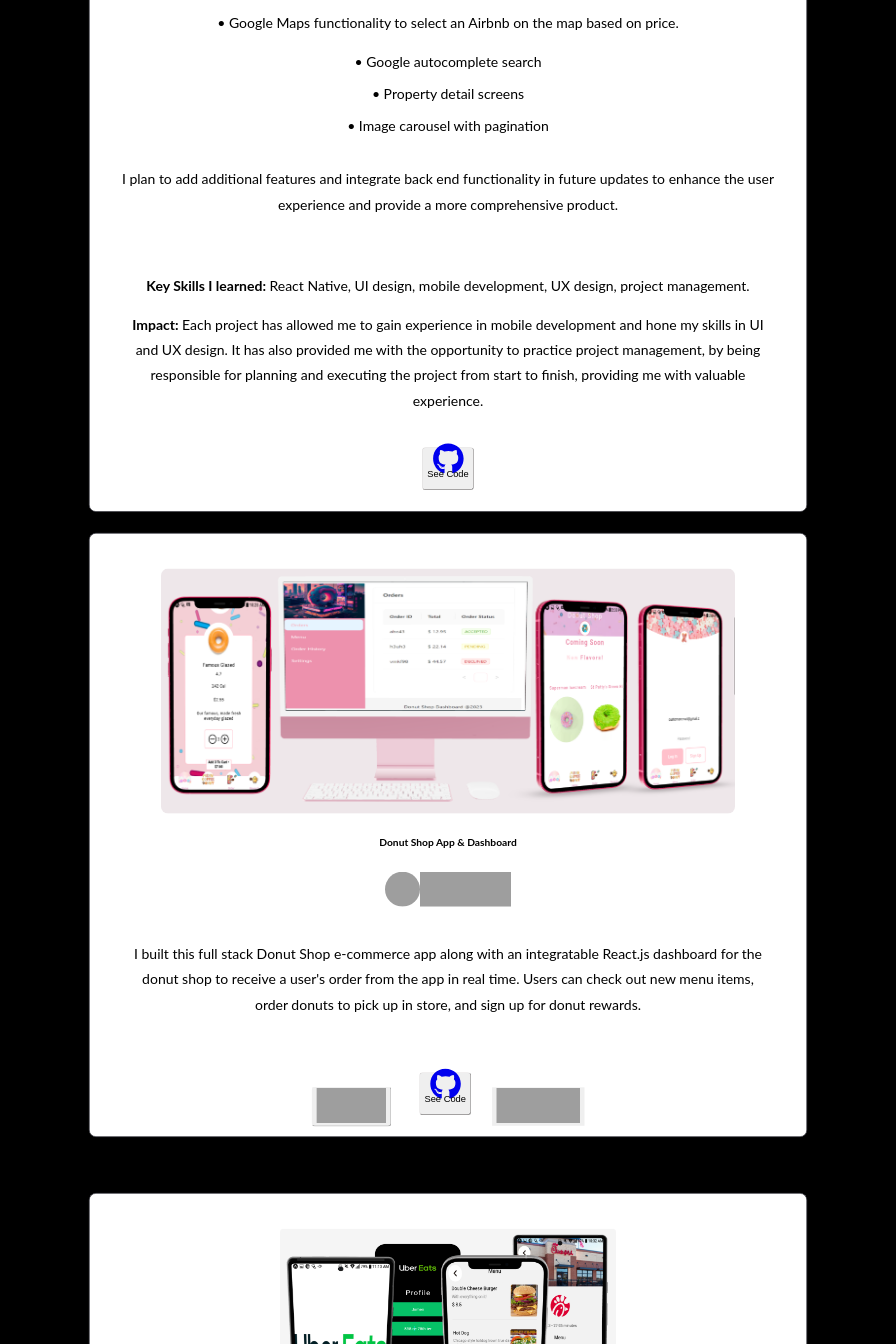
Repository: JamesPesenti/portfolio
Page: /
The author's editor kept a copy of each file at every save. The page is drawn from the files as they stood at one save, then again after the next save.
The browser window is 1280 px wide. The pictures show the part of the page from y = 2135 to 4055 px (the page is 6929 px tall), at 70% of full size.
Pictures or frames that could not be fetched are drawn as grey boxes. The project was rebuilt for these pictures with package versions that can differ from the ones it lists, and the page was loaded fresh each time. Imported but missing from the stored project, and not drawn on this page: src/Components/James Pesenti Resume 2023.pdf.

Above is the page before, as saved 2023-05-06 09:42:22.

### public/index.html
<!DOCTYPE html>
<html lang="en">
  <head>
    <meta charset="utf-8" />
    <link rel="" href="" />
    <meta name="viewport" content="width=device-width, initial-scale=1" />
    <meta name="theme-color" content="#000000" />
    <meta name="description" content="James Pesenti Portfolio 2022" />
    <link rel="apple-touch-icon" href="" />
    <link rel="manifest" href="%PUBLIC_URL%/manifest.json" />

    <title>Portfolio 2023</title>

  </head>
  <body>
    <div id="root"></div>
  </body>
</html>

### src/Components/Navbar.jsx
import React, {Component} from 'react'
import { FaGithub } from "react-icons/fa";
import { FaEnvelope } from "react-icons/fa";
import { FaFile } from "react-icons/fa";
import Pdf from "../Components/James Pesenti Resume 2023.pdf"


const Navbar = () => {
  return (
    <>
          <div className="navbar flex">
            <div className="container">
                <nav>
                  <ul style={{textAlign: "center", marginTop: 70, position: 'relative', left: 0, top: -2}}>
                    <li>
                      <a className="App-link"  href="mailto:jamespesenti91@gmail.com" target="_blank" rel="noopener noreferrer">
                      <FaEnvelope size={35} style={{display: "flex", textAlign: "center", marginLeft: 10}}/>
                          Contact
                      </a>
                    </li>
                    <li>
                      <a className="App-link" href="https://github.com/JamesPesenti" target="_blank" rel="noopener noreferrer">
                        <FaGithub size={35} style={{display: "flex", textAlign: "center", marginLeft: 10}} />
                        GitHub
                      </a>
                    </li>
                    <li>
                      <a className="App-link" href={Pdf} target="_blank" rel="noopener noreferrer">
                        <FaFile size={35} style={{display: "flex", textAlign: "center", marginLeft: 10}} />
                        Resume
                      </a>
                    </li>
                  </ul>
                </nav>
                {/* <h4 style={{color: "white", textAlign: 'center', marginBottom:-440}}>
                  See my work below and send a message to get in touch
                </h4> */}
            </div>
          </div>
    </>
  )
}

export default Navbar

### src/Components/AboutMe.jsx
import React from 'react'
import { FontAwesomeIcon } from '@fortawesome/react-fontawesome'
import { FaGithub } from "react-icons/fa";
import { FaMapPin } from "react-icons/fa";

const AboutMe = () => {
  return (
    <>

        <div style={{justifyContent: "center", textAlign: "center", color: "white", padding: 50,}}>
            {/* Spinning image  */}
            {/* <img style={{padding: 10, borderRadius: "50%", width: 200, height: 200,}} src="/images/IMG_1619.jpg" className="App-logo" alt="logo" /> */}
            <img style={{padding: 10, borderRadius: "50%", width: 200, height: 200,}} src="/images/IMG_1619.jpg" alt="logo" />
            <h1>I'm James Pesenti</h1>
            <h2>a Software Developer building mobile apps and websites</h2>
              <FaMapPin size={20} style={{position: "relative", top: 5, right: 65, }} />
              <h3 style={{marginTop: -24}}> Chicago, IL</h3>
        </div>

</>
  )
}

export default AboutMe

### src/Components/Scroll.jsx
import React from 'react'
import '../CSS/App.css';


const Scroll = () => {

  return (
    <>

        <div style={{marginBottom: 400, justifyContnent: 'center'}} id="section09" class="demo">
          <a href="#parallaxContainer">
            <span></span>
            Scroll down to see my work
          </a>
        </div>

    </>
  )
}

export default Scroll

### src/Components/MyProjects.jsx
import UberGoogleButton from "../Components/UberGoogleButton"
import AstonGoogleButton from "./AstonGoogleButton"
import AstonAppleButton from "./AstonAppleButton"
import BarceGoogleButton from "../Components/BarceGoogleButton"
import BarceAppleButton from "./BarceAppleButton"
import { FaGithub } from "react-icons/fa";

const MyProjects = () => {
  return (

  <>
    <div id="parallaxContainer">

    {/* Airbnb Clone */}
    <div style={{ justifyContent: 'center', alignItems: 'center',  width: "80%", borderRadius: 10}} className="box">
            <div>
                <img style={{ borderRadius: 10, marginTop: 50, marginBottom: -35, width: "48%", height: 350, transition: ".7s", }} src="images/mockrocket-capture (11).png" />
            </div>
            <h4 style={{textAlign: 'center'}}>Airbnb Clone App</h4>
                <div style={{flexDirection: "row", padding: 10, borderRadius: 10, marginBottom: -40,}}>
                  <img style={{width: 50, height: 50, borderRadius: 50}} src="https://i.pinimg.com/originals/8a/02/1a/8a021aa097236b42dd71fb731e3d894d.gif"/>
                  <img style={{width: 80, height: 50, }} src="https://www.datocms-assets.com/45470/1631026680-logo-react-native.png"  />
                  {/* <img style={{width: 50, height: 50, }} src="https://pbs.twimg.com/profile_images/1114309924551417856/FKA4cm2x_400x400.png"  /> */}
                </div>
            <p style={{fontSize: 20, textAlign: 'center', padding: 40, marginBottom: -50}}>I created a mobile app clone of the popular Airbnb platform using React Native. Currently, the project includes a functional UI that mimics the 2022 Airbnb interface, with features such as</p>
            <p style={{fontSize: 20, padding: 0}}> &#8226; Google Maps functionality to select an Airbnb on the map based on price.</p>
            <p style={{fontSize: 20, padding: 0, marginBottom: -10}}>&#8226; Google autocomplete search</p>
            <p style={{fontSize: 20, padding: 0, marginBottom: -10}}>&#8226; Property detail screens</p>
            <p style={{fontSize: 20,  padding: 0, marginBottom: -10}}>&#8226; Image carousel with pagination</p>
            <p style={{fontSize: 20, textAlign: 'center', padding: 30}}>I plan to add additional features and integrate back end functionality in future updates to enhance the user experience and provide a more comprehensive product.</p>
            <p style={{fontSize: 20, textAlign: 'center', padding: 30, marginBottom: -80}}><b> Key Skills I learned: </b>React Native, UI design, mobile development, UX design, project management.</p>
            <p style={{fontSize: 20, textAlign: 'center', padding: 50}}><b> Impact: </b> Each project has allowed me to gain experience in mobile development and hone my skills in UI and UX design. It has also provided me with the opportunity to practice project management, by being responsible for planning and executing the project from start to finish, providing me with valuable experience.</p>

            <div style={{flexDirection: "row"}}>
                {/* <UberGoogleButton  /> */}
                <button style={{marginTop: 10}} type="button" className="codeButton">
                  <a href="https://github.com/JamesPesenti/Airbnb" target="_blank" rel="noopener noreferrer">
                    <FaGithub  size={45} style={{ marginTop: -80, marginBottom: -25, justifyContent: "center", textAlign: "center"}} />
                  </a>
                  <p>See Code</p>
                </button>
                {/* <AstonAppleButton  /> */}
            </div>

        </div>


     {/* Donut Shop App */}
     <div style={{marginTop: 30, marginBottom: 20, justifyContent: 'center', alignItems: 'center',  width: "80%", borderRadius: 10}} className="box">
            <div>
                <img style={{ borderRadius: 10, marginTop: 50, width: "80%", height: 350, transition: ".7s", }} src="/images/appAndDashMock.png" />
            </div>
            <h4 style={{textAlign: 'center'}}>Donut Shop App & Dashboard</h4>
                <div style={{flexDirection: "row", padding: 10, borderRadius: 10, marginBottom: -40,}}>
                  <img style={{width: 50, height: 50, borderRadius: 50}} src="https://i.pinimg.com/originals/8a/02/1a/8a021aa097236b42dd71fb731e3d894d.gif"/>
                  <img style={{width: 80, height: 50, }} src="https://www.datocms-assets.com/45470/1631026680-logo-react-native.png"  />
                  <img style={{width: 50, height: 50, }} src="https://pbs.twimg.com/profile_images/1114309924551417856/FKA4cm2x_400x400.png"  />
                </div>
            <p style={{fontSize: 20,textAlign: 'center', padding: 50}}>I built this full stack Donut Shop e-commerce app along with an integratable React.js dashboard for the donut shop to receive a user's order from the app in real time. Users can check out new menu items, order donuts to pick up in store, and sign up for donut rewards.</p>

            <div style={{flexDirection: "row"}}>
                <UberGoogleButton  />
                <button style={{marginTop: 40}} type="button" className="codeButton">
                  <a href="https://github.com/JamesPesenti/Donut_Shop" target="_blank" rel="noopener noreferrer">
                    <FaGithub  size={45} style={{ marginTop: -80, marginBottom: -25, justifyContent: "center", textAlign: "center"}} />
                  </a>
                  <p>See Code</p>
                </button>
                <AstonAppleButton  />
            </div>

        </div>


    {/* Uber Eats App */}
    <div style={{marginTop: 80, marginBottom: 60, justifyContent: 'center', alignItems: 'center',  width: "80%", borderRadius: 10}} className="box">
            <div className="imgWrapper" style={{width: 480, height: 350}}>
                <img style={{ borderRadius: 5, marginTop: 50, width: "100%", height: 300, transition: ".7s", }} src="/images/UberEatsLast.png" />
            </div>
            <h4 style={{textAlign: 'center'}}>Uber Eats Clone App</h4>
                <div style={{flexDirection: "row", padding: 10, borderRadius: 10, marginBottom: -40,}}>
                  <img style={{width: 50, height: 50, borderRadius: 50}} src="https://i.pinimg.com/originals/8a/02/1a/8a021aa097236b42dd71fb731e3d894d.gif"/>
                  <img style={{width: 80, height: 50, }} src="https://www.datocms-assets.com/45470/1631026680-logo-react-native.png"  />
                  <img style={{width: 50, height: 50, }} src="https://pbs.twimg.com/profile_images/1114309924551417856/FKA4cm2x_400x400.png" />
                </div>
            <p style={{fontSize: 20,textAlign: 'center', padding: 50}}>A full stack React Native app inspired by the UberEats user app. I utilized AWS Amplify's datastore to configure the back end to query and save customer's orders and used Amazon Cognito for user registration, authentication, & account recovery.</p>

            <div style={{flexDirection: "row"}}>
                <UberGoogleButton  />
                <button style={{marginTop: 40}} type="button" className="codeButton">
                  <a href="https://github.com/JamesPesenti/UberEatsClone" target="_blank" rel="noopener noreferrer">
                    <FaGithub  size={45} style={{ marginTop: -80, marginBottom: -20, justifyContent: "center", textAlign: "center"}} />
                  </a>
                  <p>See Code</p>
                </button>
                <AstonAppleButton  />
            </div>

        </div>


     {/* Aston Waikiki App */}
       <div style={{marginTop: 80, marginBottom: 120, justifyContent: 'center', alignItems: 'center',  width: "80%", borderRadius: 10}} className="box">
            <div className="imgWrapper" style={{width: 450, height: 350}}>
                <img style={{ marginTop: 50, width: "100%", height: "auto", transition: ".7s", }} src="/images/astonmock.png" />
            </div>
            <h4 style={{textAlign: 'center'}}>Aston Waikiki Hotel UI</h4>
                <div style={{flexDirection: "row", padding: 10, borderRadius: 10, marginBottom: -40,}}>
                  <img style={{width: 50, height: 50, borderRadius: 50}} src="https://i.pinimg.com/originals/8a/02/1a/8a021aa097236b42dd71fb731e3d894d.gif"/>
                  <img style={{width: 80, height: 50, }} src="https://www.datocms-assets.com/45470/1631026680-logo-react-native.png"  />
                </div>
            <p style={{fontSize: 20,textAlign: 'center', padding: 50}}>A React Native UI design I created to reimagine the hotel Aston Waikiki Beach's website into a cross platform mobile app. I used most of the content and images from the current website and utilized both Bottom Tabs, Drawer navigation and other React Native libraries for a better user experience.</p>

            <div style={{flexDirection: "row"}}>
                <AstonGoogleButton  />
                <button style={{marginTop: 40}} type="button" className="codeButton">
                        <a href="https://github.com/JamesPesenti/AstonWaikikiBeachApp" target="_blank" rel="noopener noreferrer">
                            <FaGithub  size={45} style={{ marginTop: -80, marginBottom: -20, justifyContent: "center", textAlign: "center"}} />
                        </a>
                        <p>See Code</p>
                </button>
                <AstonAppleButton  />
            </div>

        </div>


    {/* Barcelona App */}
       <div style={{marginTop: 20, marginBottom: 120, justifyContent: 'center', alignItems: 'center',  width: "80%", borderRadius: 10}} className="box">
            <div className="imgWrapper" style={{width: 650, height: 300}}>
                <img style={{ marginTop: 30, width: "100%", height: 250, transition: ".7s", }} src="/images/barcelonamockup.png" />
            </div>
            <h4 style={{textAlign: 'center'}}>Barcelona Tourist App</h4>
                <div style={{flexDirection: "row", padding: 10, borderRadius: 10, marginBottom: -20,}}>
                <img style={{width: 80, height: 50,}} src="https://www.datocms-assets.com/45470/1631026680-logo-react-native.png"  />
                <img style={{width: 50, height: 50, borderRadius: 50}} src="https://i.pinimg.com/originals/8a/02/1a/8a021aa097236b42dd71fb731e3d894d.gif"/>
                </div>
            <p style={{fontSize: 20, textAlign: 'center', padding: 50}}>I created this React Native app for visitors of Barcelona Spain to save pictures and locations of their favorite places. I used pop-up modals for users to quickly get information on popular sights and used geolocation with google maps so users can save their location and select it on the map.</p>

            <div style={{flexDirection: "row"}}>
               <BarceAppleButton  />
                <button style={{marginTop: 40}} type="button" className="codeButton">
                        <a href="https://github.com/JamesPesenti/BarcelonaApp" target="_blank" rel="noopener noreferrer">
                            <FaGithub  size={45} style={{ marginTop: -80, marginBottom: -20, justifyContent: "center", textAlign: "center"}} />
                        </a>
                        <p>See Code</p>
                </button>
                <BarceGoogleButton  />
            </div>

        </div>

    {/* IAR React App */}
        {/* <div style={{marginBottom: 0, justifyContent: 'center', alignItems: 'center',  width: "80%", borderRadius: 10}} className="box">
            <img style={{ width: 600, height: 350, borderRadius: 10, borderWidth: 2, borderColor: "green"}} src="/images/innermock.png" />
            <h4 style={{textAlign: 'center'}}>Inner Aura Readings Website</h4>
            <div style={{flexDirection: "row", padding: 10, borderRadius: 10}}>
                <img src="https://www.logo.wine/a/logo/React_(web_framework)/React_(web_framework)-Logo.wine.svg" style={{width: 100, height: 50,}} />
                <img className="logoBox" src="https://cdn.pixabay.com/photo/2017/08/05/11/16/logo-2582747_1280.png" style={{width: 50, height: 50,}} />
            </div>
            <p style={{fontSize: 20, textAlign: 'center', padding: 50}}>This was the first official React.js web app that I developed. I made it for a friend who wanted to reach more customers with a mobile friendly website. I made multiple iterations and converted it into a PWA for offline operability with native like performance. </p>
            <button style={{marginTop: 0}} type="button" className="codeButton">
                        <a href="https://github.com/JamesPesenti/InnerAuraReadings2022" target="_blank" rel="noopener noreferrer">
                            <FaGithub  size={45} style={{ marginTop: -80, marginBottom: -20, justifyContent: "center", textAlign: "center"}} />
                        </a>
                        <p>See Code</p>
            </button>

        </div> */}


{/* REapp */}
        {/* <div style={{marginBottom: 100, justifyContent: 'center', alignItems: 'center',  width: "80%", borderRadius: 10,}} className="box">
        <img style={{marginTop: 50, width: 800, height: 350, borderRadius: 10, borderWidth: 2, borderColor: "green"}} src="/images/remockup.png" />
            <h4 style={{textAlign: 'center'}}>Real Estate Listing Website </h4>
            <div style={{flexDirection: "row", padding: 10, borderRadius: 10}}>
                <img src="https://www.logo.wine/a/logo/React_(web_framework)/React_(web_framework)-Logo.wine.svg" style={{width: 100, height: 50,}} />
                <img src="https://img.icons8.com/color/480/cloud-firestore.png" style={{width: 50, height: 50,}} />
                <img src="https://raw.githubusercontent.com/JamesPesenti/RealEstateApp/16b046b3d34b4a26468627e906dc503be8911b73/src/assets/svg/googleIcon.svg" style={{marginBottom: 8, width: 100, height: 30,}} />
            </div>
            <p style={{fontSize: 20, textAlign: 'center', padding: 50}}>Real Estate listing website built with React, FireStore database and Google OAuth to sign in with a google account. You can search listings for rent/sale and login to your account to create a listing and save offers. Inspiration and back-end code taken from Brad Traversey's React course I took on Udemy.</p>
            <button style={{marginTop: 40}} type="button" className="codeButton">
                        <a href="https://github.com/JamesPesenti/RealEstateApp" target="_blank" rel="noopener noreferrer">
                            <FaGithub  size={45} style={{ marginTop: -80, marginBottom: -20, justifyContent: "center", textAlign: "center"}} />
                        </a>
                        <p>See Code</p>
            </button>
        </div> */}

    </div>


    </>
  )
}

export default MyProjects

### src/Components/UberGoogleButton.jsx
import React from 'react'


const UberGoogleButton = () => {
  return (
    <>
    <button type="button" style={{marginRight: 40, borderWidth: .1, borderColor: '#efefef', borderRadius: 5}}>
        <a href="https://expo.dev/accounts/jimpesenti/projects/UberEats/builds/b9dfcb73-dd37-4009-b5f9-7d24a72b937d">
            <img style={{width: 100, height: 50, borderRadius: 0}} src="https://logos-world.net/wp-content/uploads/2020/12/Google-Play-Logo-500x281.png"/>
        </a>
    </button>
    </>
  )
}

export default UberGoogleButton

### src/Components/AstonGoogleButton.jsx
import React from 'react'


const AstonGoogleButton = () => {
  return (
    <>
    <button type="button" style={{marginRight: 40, borderWidth: .1, borderColor: '#efefef', borderRadius: 5}}>
        <a href="https://play.google.com/store/apps/details?id=com.jamespesenti91.astonwaikikibeach">
            <img style={{width: 100, height: 50, borderRadius: 0}} src="https://logos-world.net/wp-content/uploads/2020/12/Google-Play-Logo-500x281.png"/>
        </a>
    </button>
    </>
  )
}

export default AstonGoogleButton

### src/Components/AstonAppleButton.jsx
import React from 'react'

const AstonAppleButton = () => {
  return (
    <>
    <button type="submit" style={{marginLeft: 30, borderWidth: 0,}}  >
        <a href="">
            <img style={{width: 120, height: 50, borderRadius: 0}} src="https://images.squarespace-cdn.com/content/v1/5b549a7f3c3a53487c250f58/1597439116255-P7ME5MNOIWQLJS1X4CPP/Apple+App+Store+Logo+Button.png"/>
        </a>
    </button>
    </>
  )
}

export default AstonAppleButton

### src/Components/BarceGoogleButton.jsx
import React from 'react'


const BarceGoogleButton = () => {
  return (
    <>
    <button type="button" style={{marginLeft: 30, borderWidth: .1, borderColor: '#efefef', borderRadius: 5}}>
        <a href="https://play.google.com/store/apps/details?id=com.jamespesenti91.VisitBarcelona">
            <img style={{width: 100, height: 50, borderRadius: 0}} src="https://logos-world.net/wp-content/uploads/2020/12/Google-Play-Logo-500x281.png" alt="barceButton"/>
        </a>
    </button>
    </>
  )
}

export default BarceGoogleButton

### src/Components/BarceAppleButton.jsx
import React from 'react'

const BarceAppleButton = () => {
  return (
    <>
    <button type="submit" style={{marginRight: 30, borderWidth: 0,}}  >
        <a href="">
            <img style={{width: 120, height: 50, borderRadius: 0}} src="https://images.squarespace-cdn.com/content/v1/5b549a7f3c3a53487c250f58/1597439116255-P7ME5MNOIWQLJS1X4CPP/Apple+App+Store+Logo+Button.png"/>
        </a>
    </button>
    </>
  )
}

export default BarceAppleButton

Loaded but not shown: src/index.js (common file); src/reportWebVitals.js (common file); src/serviceWorkerRegistration.js (137 lines, source omitted); src/App.js (33 lines, source omitted); src/CSS/App.css (351 lines, source omitted); src/CSS/index.css (197 lines, source omitted)

After the next save:
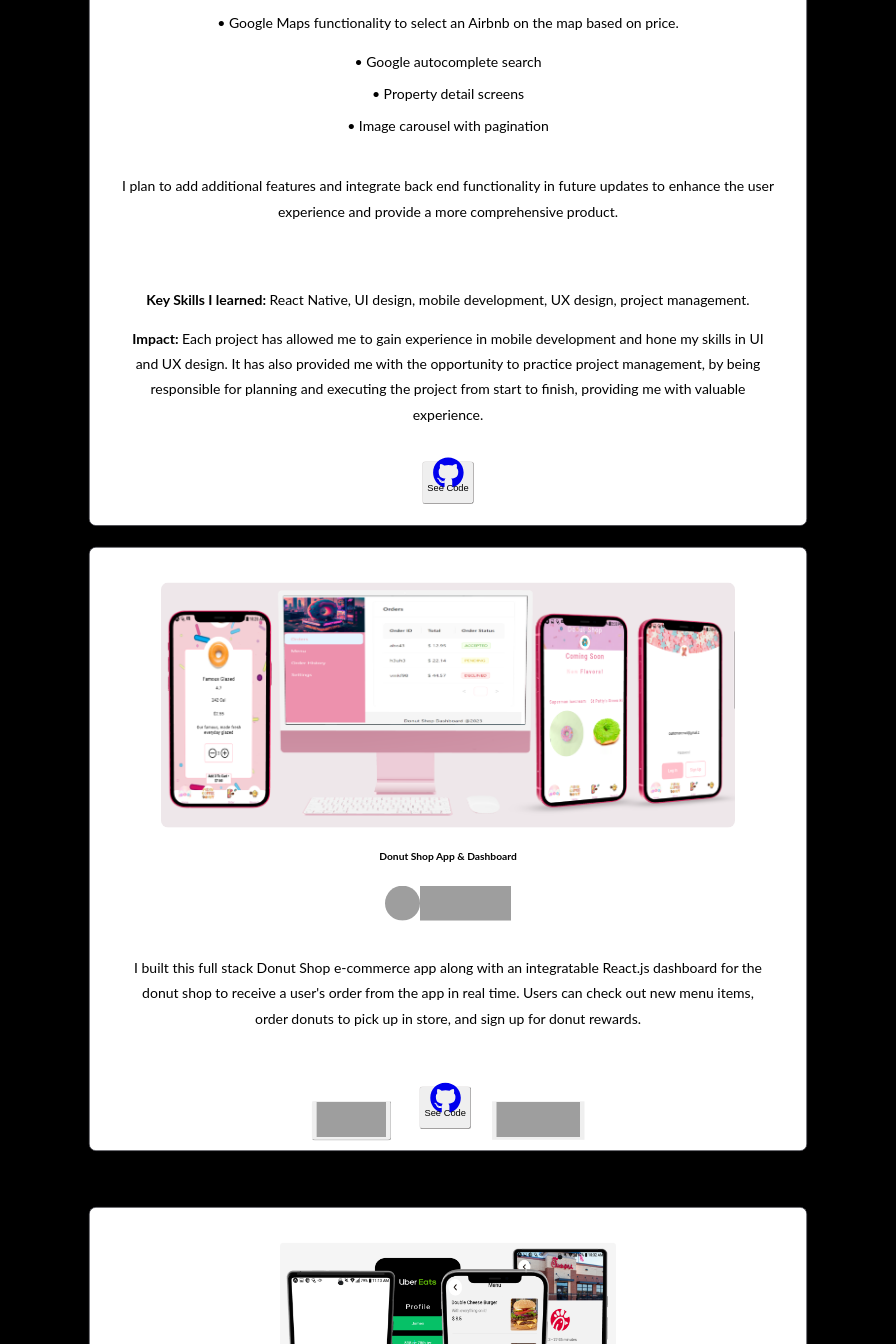
Saved 9 s later.
--- a/src/Components/MyProjects.jsx
+++ b/src/Components/MyProjects.jsx
@@ -27,7 +27,7 @@
             <p style={{fontSize: 20, padding: 0, marginBottom: -10}}>&#8226; Google autocomplete search</p>
             <p style={{fontSize: 20, padding: 0, marginBottom: -10}}>&#8226; Property detail screens</p>
             <p style={{fontSize: 20,  padding: 0, marginBottom: -10}}>&#8226; Image carousel with pagination</p>
-            <p style={{fontSize: 20, textAlign: 'center', padding: 30}}>I plan to add additional features and integrate back end functionality in future updates to enhance the user experience and provide a more comprehensive product.</p>
+            <p style={{fontSize: 20, textAlign: 'center', padding: 40}}>I plan to add additional features and integrate back end functionality in future updates to enhance the user experience and provide a more comprehensive product.</p>
             <p style={{fontSize: 20, textAlign: 'center', padding: 30, marginBottom: -80}}><b> Key Skills I learned: </b>React Native, UI design, mobile development, UX design, project management.</p>
             <p style={{fontSize: 20, textAlign: 'center', padding: 50}}><b> Impact: </b> Each project has allowed me to gain experience in mobile development and hone my skills in UI and UX design. It has also provided me with the opportunity to practice project management, by being responsible for planning and executing the project from start to finish, providing me with valuable experience.</p>
 
